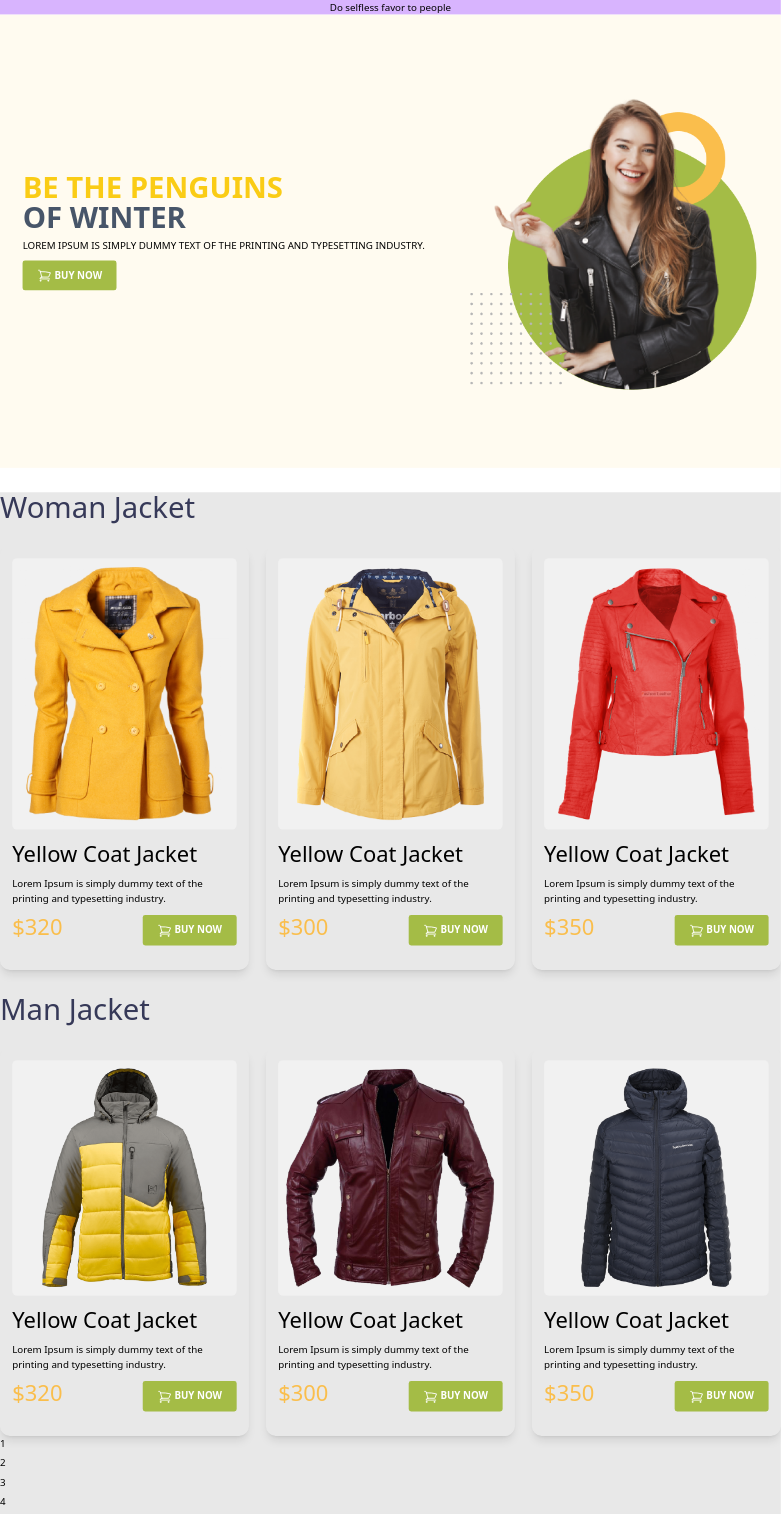
Repository: zjria/penguin-e-commerce-fashion
Page: index.html
The author's editor kept a copy of each file at every save. The page is drawn from the files as they stood at one save, then again after the next save.
The browser window is 1280 px wide. The pictures show the whole page, at 61% of full size.
Some web libraries are served in a nearby version.

Above is the page before, as saved 2022-10-07 09:25:19.

After the next save:
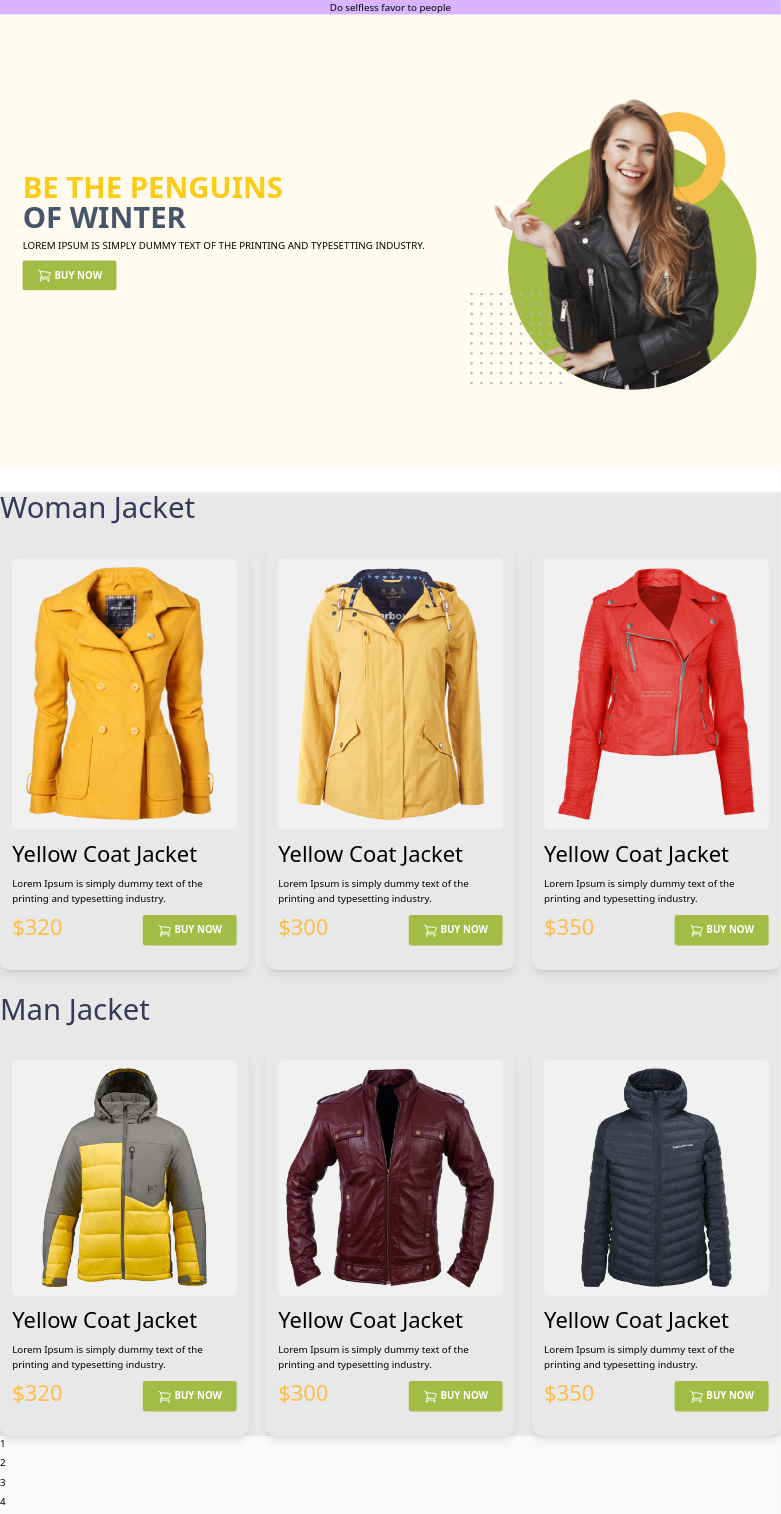
Saved 38 s later.
--- a/index.html
+++ b/index.html
@@ -218,10 +218,10 @@
             </div>
             <!-- ‍Shopping Section Start -->
             <div class="shopping">
-                <div class="h-8 grid grid-cols-2">1</div>
-                <div class="h-8 grid grid-cols-2">2</div>
-                <div class="h-8 grid grid-cols-2">3</div>
-                <div class="h-8 grid grid-cols-2">4</div>
+                <div class="h-8 bg-slate-50 grid grid-cols-2">1</div>
+                <div class="h-8 bg-slate-50 grid grid-cols-2">2</div>
+                <div class="h-8 bg-slate-50 grid grid-cols-2">3</div>
+                <div class="h-8 bg-slate-50 grid grid-cols-2">4</div>
             </div>
         </section>
     </main>
